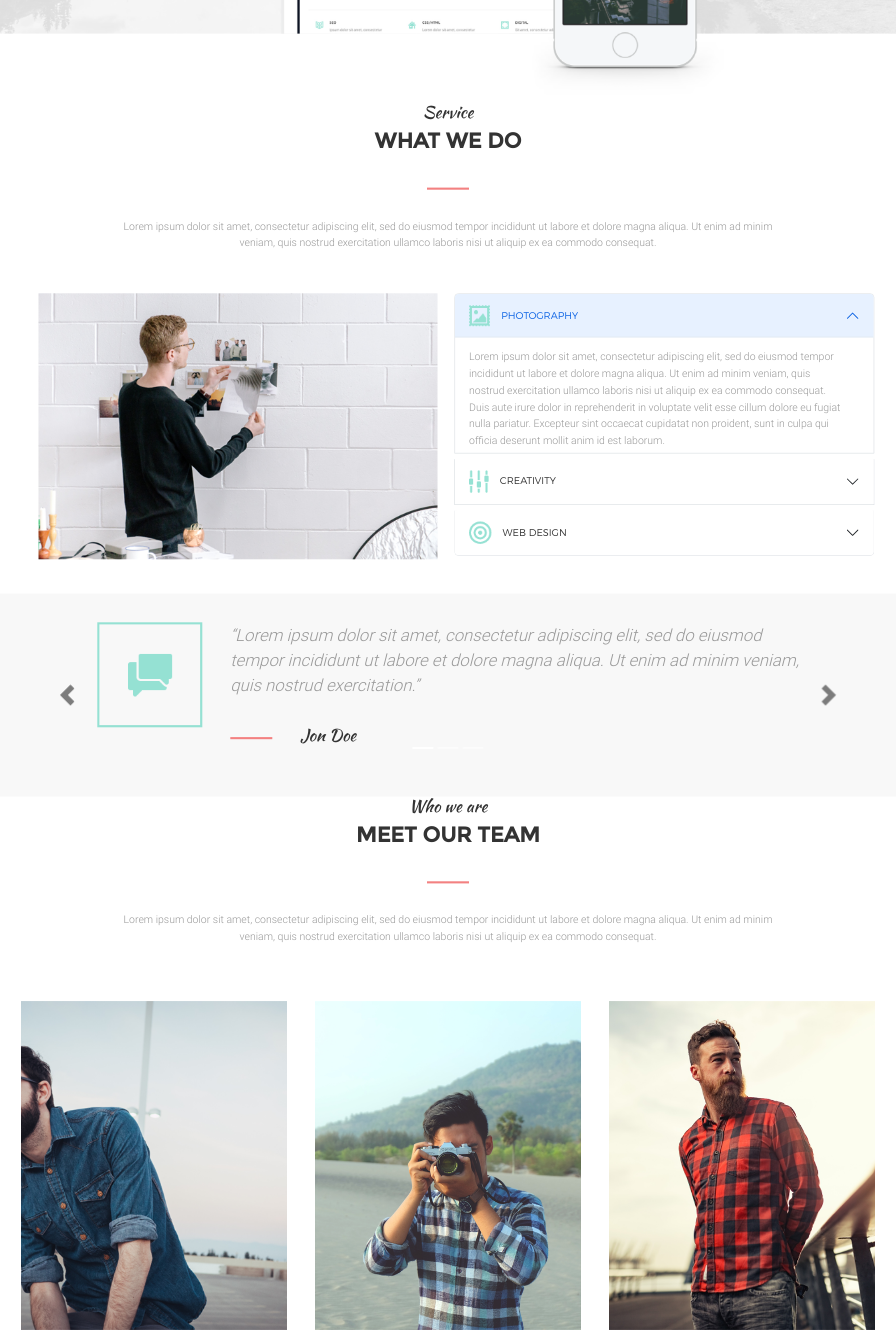
Repository: RaffiBarseghyan/mogo
Page: /
An editor plug-in stored every save of this project. The page is shown before and after a run of saves, followed by the edit.
The browser window is 1280 px wide. The pictures show the part of the page from y = 3380 to 5300 px (the page is 5300 px tall), at 70% of full size.
The project was rebuilt for these pictures with package versions that can differ from the ones it lists, and the page was loaded fresh each time.

Above is the page before, as saved 2023-05-12 23:20:50.

### src/App.jsx
import "./App.css";
import "bootstrap/dist/css/bootstrap.min.css";
import "bootstrap/dist/js/bootstrap.bundle";
import Header from "./Pages/Header/header";
import AboutUs from "./Pages/AboutUs/aboutUs";
import WorkWith from "./Pages/WorkWith/workWith";
import AllDevice from "./Pages/AllDevice/allDevice";
import Service from "./Pages/ServicePage/service";
import WeAre from "./Pages/WeAre/weAre";

function App() {
  return (
    <div className="App">
      <Header />
      <AboutUs />
      <WorkWith />
      <AllDevice />
      <Service />
      <WeAre />
    </div>
  );
}

export default App;

### src/Pages/AboutUs/aboutUs.jsx
import style from "./aboutUs.module.scss";
import aboutUs1 from "../../Assets/Images/aboutUs1.png";
import aboutUs2 from "../../Assets/Images/aboutUs2.png";
import aboutUs3 from "../../Assets/Images/aboutUs3.png";
import user from "../../Assets/Images/USERS.png";

function AboutUs() {
  return (
    <>
      <div className={style.aboutUs}>
        <h3>What we do</h3>
        <h2>Story about us</h2>
        <div className={style.line}></div>
        <p>
          Lorem ipsum dolor sit amet, consectetur adipiscing elit, sed do
          eiusmod tempor incididunt ut labore et dolore magna aliqua. Ut enim ad
          minim <br />
          veniam, quis nostrud exercitation ullamco laboris nisi ut aliquip ex
          ea commodo consequat.
        </p>
        <div className="d-flex justify-content-center flex-wrap ">
          <div className={style.imgDiv}>
            <img src={user} alt="" className={style.user} />
            <p>SUPER TEAM</p>
            <img src={aboutUs1} alt="" className={style.aboutImg} />
          </div>
          <div className={style.imgDiv}>
            <img src={user} alt="" className={style.user} />
            <p>SUPER TEAM</p>
            <img src={aboutUs2} alt="" className={style.aboutImg} />
          </div>
          <div className={style.imgDiv}>
            <img src={user} alt="" className={style.user} />
            <p>SUPER TEAM</p>
            <img src={aboutUs3} alt="" className={style.aboutImg} />
          </div>
        </div>
      </div>

      <div
        className={`${style.aboutUsFooter} d-flex justify-content-center align-items-center flex-wrap`}
      >
        <div className={style.first_line}>
          <h2>42</h2>
          <p>Web Design Projects</p>
        </div>
        <div>
          <h2>123</h2>
          <p>happy client</p>
        </div>
        <div>
          <h2>15</h2>
          <p>award winner</p>
        </div>
        <div>
          <h2>99</h2>
          <p>cup of coffee</p>
        </div>
        <div>
          <h2>24</h2>
          <p>members</p>
        </div>
      </div>
    </>
  );
}

export default AboutUs;

### src/Pages/WorkWith/workWith.jsx
import style from "./workWith.module.scss";
import ALARM from "../../Assets/Images/ALARM.png";
import LINEGRAPH from "../../Assets/Images/LINEGRAPH.png";
import COMPUTER_OK from "../../Assets/Images/COMPUTER_OK.png";
import BOOK from "../../Assets/Images/BOOK.png";
import HOME from "../../Assets/Images/HOME.png";
import IMAGE from "../../Assets/Images/IMAGE.png";

function WorkWith() {
  return (
    <>
      <div className={style.workWith}>
        <h3>We work with</h3>
        <h2>Amazing Services</h2>
        <div className={style.line}></div>

        <div
          className={`${style.workWithFooter} d-flex flex-wrap justify-content-center container`}
        >
          <div className={`d-flex ${style.box1}`}>
            <div>
              <img src={ALARM} alt="" />
            </div>
            <div>
              <h2>Photography</h2>
              <p>
                Lorem ipsum dolor sit amet, consectetur <br />
                adipiscing elit, sed do eiusmod tempor.
              </p>
            </div>
          </div>
          <div className={`d-flex ${style.box2}`}>
            <div>
              <img src={LINEGRAPH} alt="" />
            </div>
            <div>
              <h2>Web Design</h2>
              <p>
                Ipsum dolor sit amet, consectetur <br />
                adipiscing elit, sed do eiusmod tempor.
              </p>
            </div>
          </div>
          <div className={`d-flex ${style.box3}`}>
            <div>
              <img src={COMPUTER_OK} alt="" />
            </div>
            <div>
              <h2>Creativity</h2>
              <p>
                Dolor sit amet, consectetur adipiscing elit, <br />
                sed do eiusmod tempor.
              </p>
            </div>
          </div>
          <div className={`d-flex ${style.box4}`}>
            <div>
              <img src={BOOK} alt="" />
            </div>
            <div>
              <h2>seo</h2>
              <p>
                Ipsum dolor sit amet, consectetur <br />
                adipiscing elit, sed do eiusmod.
              </p>
            </div>
          </div>
          <div className={`d-flex ${style.box5}`}>
            <div>
              <img src={HOME} alt="" />
            </div>
            <div>
              <h2>Css/Html</h2>
              <p>
                Lorem dolor sit amet, consectetur <br />
                adipiscing elit, sed do tempor.
              </p>
            </div>
          </div>
          <div className={`d-flex ${style.box6}`}>
            <div>
              <img src={IMAGE} alt="" />
            </div>
            <div>
              <h2>digital</h2>
              <p>
                Sit amet, consectetur adipiscing elit, sed do <br />
                eiusmod tempor.
              </p>
            </div>
          </div>
        </div>
      </div>
    </>
  );
}

export default WorkWith;

### src/Pages/AllDevice/allDevice.jsx
import style from "./allDevice.module.scss";
import ipad from "../../Assets/Images/ipad.png";
import iphone from "../../Assets/Images/iphone.png";

function AllDevice() {
  return (
    <>
      <div className={`${style.allDevice}`}>
        <div className={style.allDeviceBg}>
          <h3>For all devices</h3>
          <h2>Unique design</h2>
          <div className={style.line}></div>
          <img src={ipad} alt="" className={style.ipad}/>
          <img src={iphone} alt="" className={style.iphone} />
        </div>
      </div>
    </>
  );
}

export default AllDevice;

### src/Pages/WeAre/weAre.jsx
import style from "./weAre.module.scss";
import admin1 from "../../Assets/Images/admin1.png";
import admin2 from "../../Assets/Images/admin2.png";
import admin3 from "../../Assets/Images/admin3.png";

function WeAre() {
  return (
    <>
      <div className={`${style.WeAre}`}>
        <h3>Who we are</h3>
        <h2>Meet our team</h2>
        <div className={style.line}></div>
        <p>
          Lorem ipsum dolor sit amet, consectetur adipiscing elit, sed do
          eiusmod tempor incididunt ut labore et dolore magna aliqua. Ut enim ad
          minim <br />
          veniam, quis nostrud exercitation ullamco laboris nisi ut aliquip ex
          ea commodo consequat.
        </p>

        <div className="d-flex justify-content-center flex-wrap ">
          <div className={style.imgDiv}>
            {/* <img src={user} alt="" className={style.user} /> */}
            <p>SUPER TEAM</p>
            <img src={admin1} alt="" className={style.aboutImg} />
          </div>
          <div className={style.imgDiv}>
            {/* <img src={user} alt="" className={style.user} /> */}
            <p>SUPER TEAM</p>
            <img src={admin2} alt="" className={style.aboutImg} />
          </div>
          <div className={style.imgDiv}>
            {/* <img src={user} alt="" className={style.user} /> */}
            <p>SUPER TEAM</p>
            <img src={admin3} alt="" className={style.aboutImg} />
          </div>
        </div>
      </div>
    </>
  );
}

export default WeAre;

### src/Pages/AboutUs/aboutUs.module.scss
@font-face {
  font-family: Montserrat;
  src: url("../../Assets/Fonts/montserrat/Montserrat-Light.otf")
    format("truetype");
}

@font-face {
  font-family: Montserrat_mid;
  src: url("../../Assets/Fonts/montserrat/Montserrat-Regular.ttf")
    format("truetype");
}

@font-face {
  font-family: Montserrat_bold;
  src: url("../../Assets/Fonts/montserrat/Montserrat-ExtraBold.otf")
    format("truetype");
}

@font-face {
  font-family: kaushan;
  src: url("../../Assets/Fonts/kaushan-script/kaushan-script.kaushanscript-regular.otf")
    format("truetype");
}

@font-face {
  font-family: Roboto;
  src: url("../../Assets/Fonts/robotofont/Roboto-Light.ttf") format("truetype");
}

.aboutUs {
  min-height: 750px;
  display: flex;
  flex-direction: column;
  align-items: center;
  justify-content: center;
  h3 {
    font-size: 24px;
    color: #333333;
    font-weight: 400;
    font-family: "kaushan";
    text-align: center;
  }
  h2 {
    font-size: 30px;
    text-transform: uppercase;
    color: #333333;
    font-weight: 700;
    font-family: "Montserrat_mid";
    text-align: center;
  }
  p {
    font-size: 15px;
    line-height: 24px;
    color: #999999;
    font-weight: 400;
    font-family: "Roboto";
    text-align: center;
    margin-bottom: 60px;
  }
  .line {
    width: 60px;
    height: 3px;
    background-color: #f38181;
    margin: 40px;
  }
  img {
    width: 380px;
    height: 250px;
    aspect-ratio: 3/2;
    object-fit: cover;
  }

  .imgDiv {
    width: 380px;
    height: 250px;
    margin: 20px;
    transition: 0.5s;
    display: flex;
    flex-direction: column;
    justify-content: center;
    align-items: center;
    p {
      font-size: 18px;
      text-transform: uppercase;
      color: #ffffff;
      font-weight: 700;
      font-family: "Montserrat";
      text-align: center;
      display: none;
      position: absolute;
      margin-top: 80px;
    }
    .user {
      width: 32px;
      height: 23px;
      display: none;
      position: absolute;
      margin-bottom: 30px;
    }
  }

  .imgDiv:hover {
    transition: 0.5s;
    box-shadow: 10px 10px 0px 0px rgba(149, 225, 211, 1);
    -webkit-box-shadow: 10px 10px 0px 0px rgba(149, 225, 211, 1);
    -moz-box-shadow: 10px 10px 0px 0px rgba(149, 225, 211, 1);
    cursor: pointer;
    p,
    .user {
      display: block;
    }
    background: rgb(226, 204, 123);
    background: linear-gradient(
      0deg,
      rgba(226, 204, 123, 1) 0%,
      rgba(219, 116, 116, 1) 53%
    );

    .aboutImg {
      opacity: 0.2;
    }
  }
}

.aboutUsFooter {
  min-height: 270px;
  background-color: #95e1d3;
  h2 {
    font-size: 72px;
    text-transform: uppercase;
    color: #ffffff;
    font-weight: 700;
    font-family: "Montserrat_bold";
    text-align: center;
  }
  p {
    font-size: 14px;
    text-transform: uppercase;
    color: #ffffff;
    font-weight: 400;
    font-family: "Montserrat";
    text-align: center;
  }
  div {
    width: 240px;
    height: 270px;
    border-right: 1px solid #ffffff;
    border-left: 1px solid #ffffff;

    display: flex;
    flex-direction: column;
    justify-content: center;
  }
}

### src/Pages/WorkWith/workWith.module.scss
@font-face {
  font-family: Montserrat;
  src: url("../../Assets/Fonts/montserrat/Montserrat-Light.otf")
    format("truetype");
}

@font-face {
  font-family: Montserrat_mid;
  src: url("../../Assets/Fonts/montserrat/Montserrat-Regular.ttf")
    format("truetype");
}

@font-face {
  font-family: Montserrat_bold;
  src: url("../../Assets/Fonts/montserrat/Montserrat-ExtraBold.otf")
    format("truetype");
}

@font-face {
  font-family: kaushan;
  src: url("../../Assets/Fonts/kaushan-script/kaushan-script.kaushanscript-regular.otf")
    format("truetype");
}

.workWith {
  min-height: 750px;
  display: flex;
  flex-direction: column;
  align-items: center;
  justify-content: center;
  h3 {
    font-size: 24px;
    color: #333333;
    font-weight: 400;
    font-family: "kaushan";
    text-align: center;
  }
  h2 {
    font-size: 30px;
    text-transform: uppercase;
    color: #333333;
    font-weight: 700;
    font-family: "Montserrat_mid";
    text-align: center;
  }
  .line {
    width: 60px;
    height: 3px;
    background-color: #f38181;
    margin: 40px;
  }
}

.workWithFooter {
  > div {
    width: 400px;
    margin-top: 90px;
  }
  h2 {
    font-size: 14px;
    text-transform: uppercase;
    color: #333333;
    font-weight: 400;
    font-family: "Montserrat";
    text-align: start;
  }
  p {
    font-size: 15px;
    line-height: 24px;
    color: #999999;
    font-weight: 400;
    font-family: "Roboto";
    text-align: start;
  }
  img {
    margin-right: 30px;
  }
}

.box1,
.box2,
.box3 {
  border-bottom: 1px solid #e5e5e5;
}

@media only screen and (max-width: 1399.2px) {
  .box1,
  .box2,
  .box3,
  .box4 {
    border-bottom: 1px solid #e5e5e5;
  }
}

@media only screen and (max-width: 991.2px) {
  .box1,
  .box2,
  .box3,
  .box4,
  .box5 {
    border-bottom: 1px solid #e5e5e5;
  }
}

### src/Pages/AllDevice/allDevice.module.scss
@font-face {
  font-family: Montserrat;
  src: url("../../Assets/Fonts/montserrat/Montserrat-Light.otf")
    format("truetype");
}

@font-face {
  font-family: Montserrat_mid;
  src: url("../../Assets/Fonts/montserrat/Montserrat-Regular.ttf")
    format("truetype");
}

@font-face {
  font-family: Montserrat_bold;
  src: url("../../Assets/Fonts/montserrat/Montserrat-ExtraBold.otf")
    format("truetype");
}

@font-face {
  font-family: kaushan;
  src: url("../../Assets/Fonts/kaushan-script/kaushan-script.kaushanscript-regular.otf")
    format("truetype");
}

.allDevice {
  min-height: 900px;

  h3 {
    font-size: 24px;
    color: #333333;
    font-weight: 400;
    font-family: "kaushan";
    text-align: center;
  }
  h2 {
    font-size: 30px;
    text-transform: uppercase;
    color: #333333;
    font-weight: 700;
    font-family: "Montserrat_mid";
    text-align: center;
  }
  .line {
    width: 60px;
    height: 3px;
    background-color: #f38181;
    margin: 40px;
  }
  .allDeviceBg {
    width: 100%;
    min-height: 850px;
    background-image: url("../../Assets/Images/allDeviceBg.png");
    background-position: center;
    background-size: cover;
    background-repeat: no-repeat;

    display: flex;
    flex-direction: column;
    align-items: center;
    justify-content: center;
  }
}

.ipad {
  position: absolute;
  margin-top: 268px;
}

.iphone {
  position: relative;
  top: 194px;
  left: 257px;
}

@media only screen and (max-width: 992.2px) {
  .ipad {
    width: 378px;
    height: 480px;
    margin-top: 370px;
  }
  .iphone {
    width: 200px;
    height: 360px;
    top: 225px;
    left: 217px;
  }
}

@media only screen and (max-width: 650.2px) {
  .ipad {
    width: 290px;
    height: 380px;
    margin-top: 470px;
  }
  .iphone {
    width: 165px;
    height: 290px;
    top: 250px;
    left: 159px;
  }
}

### src/Pages/ServicePage/service.module.scss
@font-face {
  font-family: Montserrat;
  src: url("../../Assets/Fonts/montserrat/Montserrat-Light.otf")
    format("truetype");
}

@font-face {
  font-family: Montserrat_mid;
  src: url("../../Assets/Fonts/montserrat/Montserrat-Regular.ttf")
    format("truetype");
}

@font-face {
  font-family: Montserrat_bold;
  src: url("../../Assets/Fonts/montserrat/Montserrat-ExtraBold.otf")
    format("truetype");
}

@font-face {
  font-family: kaushan;
  src: url("../../Assets/Fonts/kaushan-script/kaushan-script.kaushanscript-regular.otf")
    format("truetype");
}
@font-face {
  font-family: Roboto;
  src: url("../../Assets/Fonts/robotofont/Roboto-Light.ttf") format("truetype");
}

.Service {
  min-height: 750px;
  display: flex;
  flex-direction: column;
  align-items: center;
  justify-content: center;
  h3 {
    font-size: 24px;
    color: #333333;
    font-weight: 400;
    font-family: "kaushan";
    text-align: center;
  }
  h2 {
    font-size: 30px;
    text-transform: uppercase;
    color: #333333;
    font-weight: 700;
    font-family: "Montserrat_mid";
    text-align: center;
  }
  p {
    font-size: 15px;
    line-height: 24px;
    color: #999999;
    font-weight: 400;
    font-family: "Roboto";
    text-align: center;
    margin-bottom: 60px;
  }
}
.line {
  width: 60px;
  height: 3px;
  background-color: #f38181;
  margin: 40px;
}
.acordeon {
  width: 600px;
  height: 380px;
  button {
    font-size: 14px;
    text-transform: uppercase;
    color: #333333;
    font-weight: 400;
    font-family: "Montserrat";
  }
  .acordeonBody {
    width: 590px;
    height: 165px;
    font-size: 15px;
    line-height: 24px;
    color: #999999;
    font-weight: 300;
    font-family: "Roboto";
    text-align: start;
    overflow: auto;
  }
  ::-webkit-scrollbar {
    width: 5px;
  }

  /* Track */
  ::-webkit-scrollbar-track {
    box-shadow: inset 0 0 5px #f5f5f5;
    border-radius: 10px;
  }

  /* Handle */
  ::-webkit-scrollbar-thumb {
    background-color: #95e1d3;
    border-radius: 10px;
  }

  /* Handle on hover */
  ::-webkit-scrollbar-thumb:hover {
    background-color: #7fc0b4;
  }
}

.serviceFooter {
  min-height: 290px;
  background-color: #f8f8f8;
  display: flex;
  align-items: center;
  justify-content: center;
  > div {
    width: 1300px;
  }
  p {
    font-size: 24px;
    line-height: 36px;
    color: #999999;
    font-weight: 300;
    font-style: italic;
    font-family: "Roboto";
    text-align: start;
    margin-left: 40px;
  }
  h2 {
    font-size: 24px;
    color: #333333;
    font-weight: 400;
    font-family: "kaushan";
  }
}

.prev {
  width: 30px;
  height: 30px;
  background-image: url("data:[embedded picture, 192 characters]");
}

.next {
  width: 30px;
  height: 30px;
  background-image: url("data:[embedded picture, 193 characters]");
}

@media only screen and (max-width: 650.2px) {
  .acordeon {
    width: 480px;
    margin-top: 20px;
  }
  .acordeonBody {
    max-width: 470px;
  }
  .Service > div > img {
    width: 459px;
    height: 300px;
  }
  .serviceFooter{
    img{
        display: none;
    }
  }
}

### src/Pages/WeAre/weAre.module.scss
@font-face {
  font-family: Montserrat;
  src: url("../../Assets/Fonts/montserrat/Montserrat-Light.otf")
    format("truetype");
}

@font-face {
  font-family: Montserrat_mid;
  src: url("../../Assets/Fonts/montserrat/Montserrat-Regular.ttf")
    format("truetype");
}

@font-face {
  font-family: Montserrat_bold;
  src: url("../../Assets/Fonts/montserrat/Montserrat-ExtraBold.otf")
    format("truetype");
}

@font-face {
  font-family: kaushan;
  src: url("../../Assets/Fonts/kaushan-script/kaushan-script.kaushanscript-regular.otf")
    format("truetype");
}
@font-face {
  font-family: Roboto;
  src: url("../../Assets/Fonts/robotofont/Roboto-Light.ttf") format("truetype");
}

.WeAre {
  min-height: 750px;
  display: flex;
  flex-direction: column;
  align-items: center;
  justify-content: center;
  h3 {
    font-size: 24px;
    color: #333333;
    font-weight: 400;
    font-family: "kaushan";
    text-align: center;
  }
  h2 {
    font-size: 30px;
    text-transform: uppercase;
    color: #333333;
    font-weight: 700;
    font-family: "Montserrat_mid";
    text-align: center;
  }
  p {
    font-size: 15px;
    line-height: 24px;
    color: #999999;
    font-weight: 400;
    font-family: "Roboto";
    text-align: center;
    margin-bottom: 60px;
  }
  img {
    width: 380px;
    height: 470px;
    aspect-ratio: 3/2;
    object-fit: cover;
  }
}
.line {
  width: 60px;
  height: 3px;
  background-color: #f38181;
  margin: 40px;
}

.imgDiv {
  width: 380px;
  height: 470px;
  margin: 20px;
  transition: 0.5s;
  display: flex;
  flex-direction: column;
  justify-content: center;
  align-items: center;
  p {
    font-size: 18px;
    text-transform: uppercase;
    color: #ffffff;
    font-weight: 700;
    font-family: "Montserrat";
    text-align: center;
    display: none;
    position: absolute;
    margin-top: 80px;
  }
  .user {
    width: 32px;
    height: 23px;
    display: none;
    position: absolute;
    margin-bottom: 30px;
  }
}
.imgDiv:hover {
  transition: 0.5s;
  box-shadow: 10px 10px 0px 0px rgba(149, 225, 211, 1);
  -webkit-box-shadow: 10px 10px 0px 0px rgba(149, 225, 211, 1);
  -moz-box-shadow: 10px 10px 0px 0px rgba(149, 225, 211, 1);
  cursor: pointer;
  p,
  .user {
    display: block;
  }
  background: rgb(226, 204, 123);
  background: linear-gradient(
    0deg,
    rgba(226, 204, 123, 1) 0%,
    rgba(219, 116, 116, 1) 53%
  );

  .aboutImg {
    opacity: 0.2;
  }
}

Loaded but not shown: public/index.html (common file); src/index.js (common file); src/index.css (common file); src/reportWebVitals.js (common file); src/App.css (common file); src/Pages/ServicePage/service.jsx (248 lines, source omitted); src/Pages/Header/header.module.scss (204 lines, source omitted); src/Pages/Header/header.jsx (96 lines, source omitted)

After the next 2 saves:
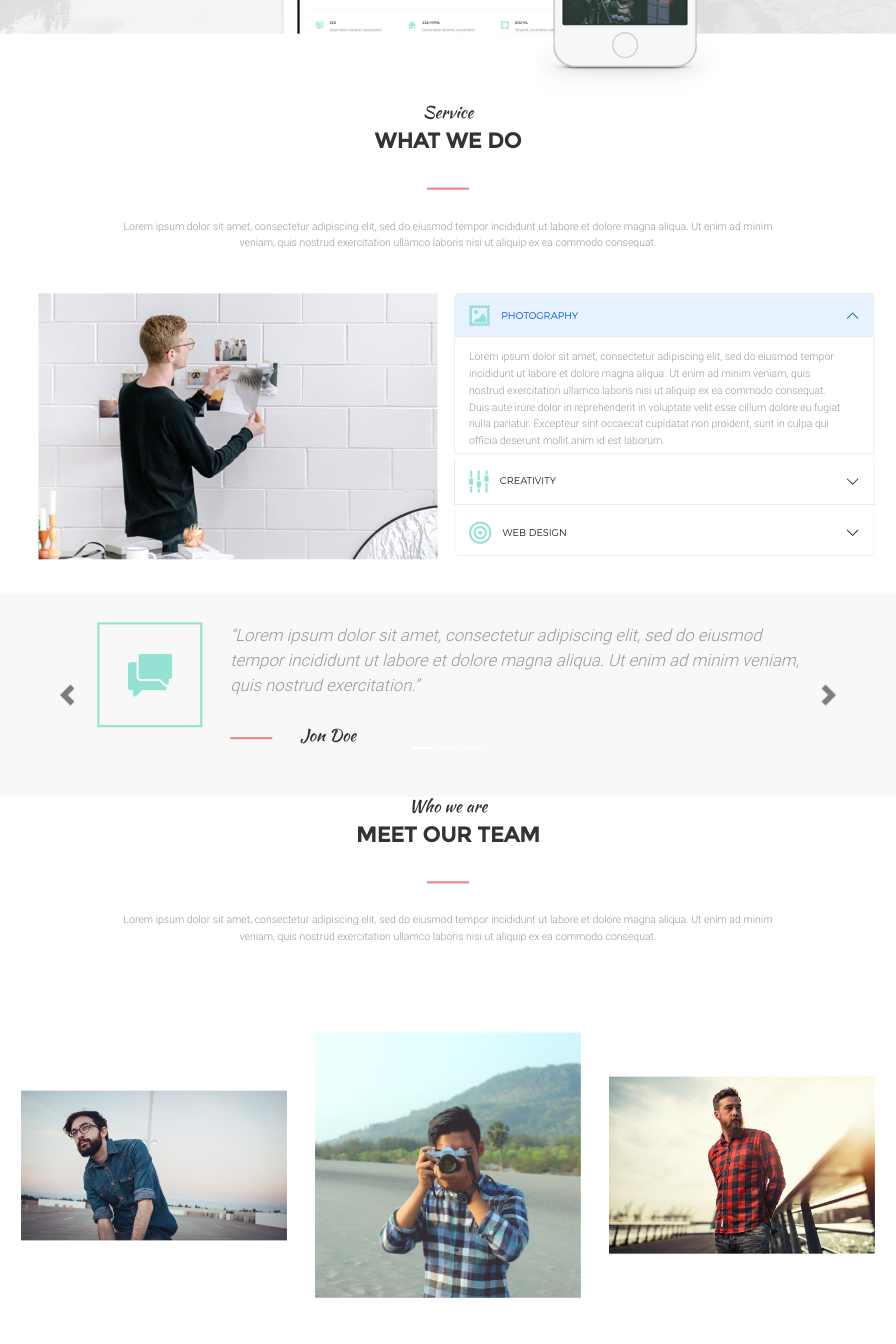
The 2 saves are shown as one change because they came seconds apart.
The last was saved 26 s later.
--- a/src/Pages/WeAre/weAre.module.scss
+++ b/src/Pages/WeAre/weAre.module.scss
@@ -60,7 +60,7 @@
     width: 380px;
     height: 470px;
     aspect-ratio: 3/2;
-    object-fit: cover;
+    object-fit: contain;
   }
 }
 .line {
